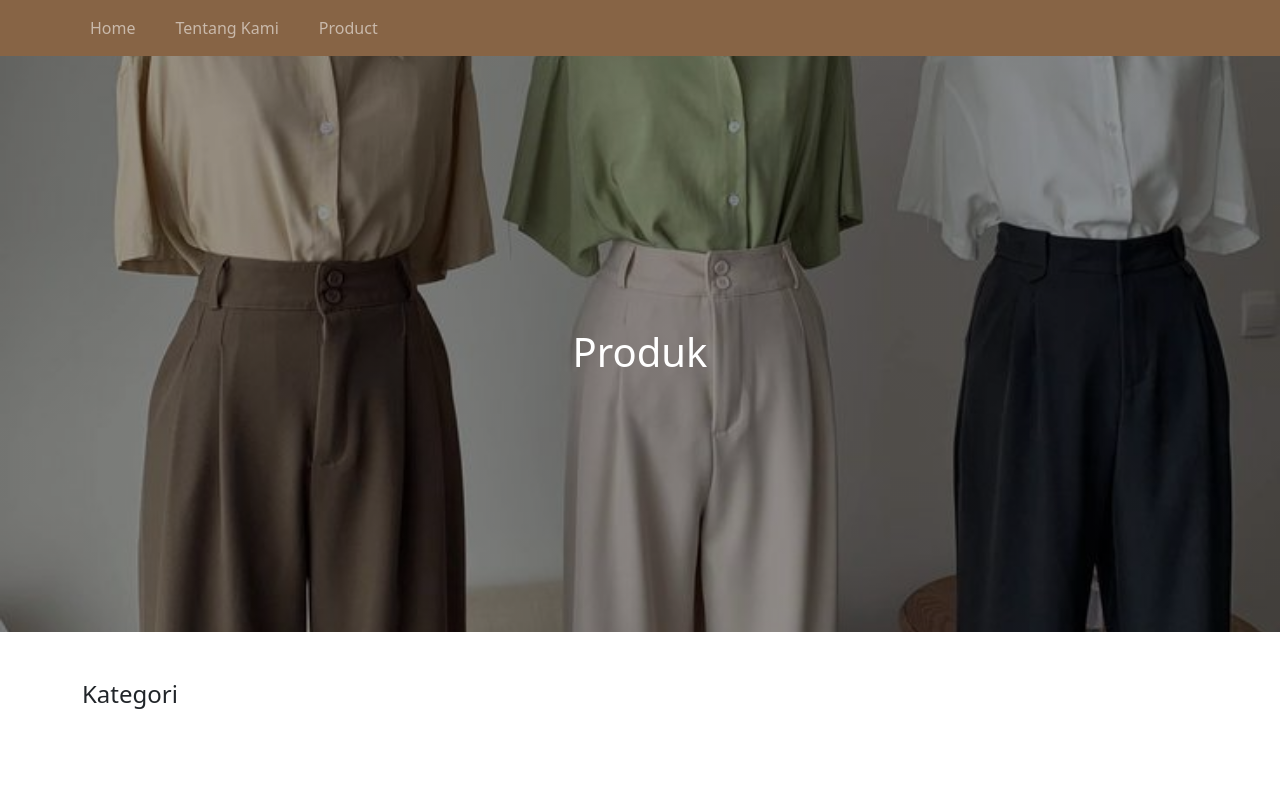
Repository: herman165/tugas_uas
Page: http://localhost/produk.php
The author's editor kept a copy of each file at every save. The page is drawn from the files as they stood at one save, then again after a run of saves.
The browser window is 1280 px wide. The pictures show the whole page.
The page is run by PHP 8.4 with error messages shown; the project is at /var/www/html/. Queries for data that is not in the repository find no rows.

Above is the page before, as saved 2024-12-11 03:26:35.

After the next 2 saves:
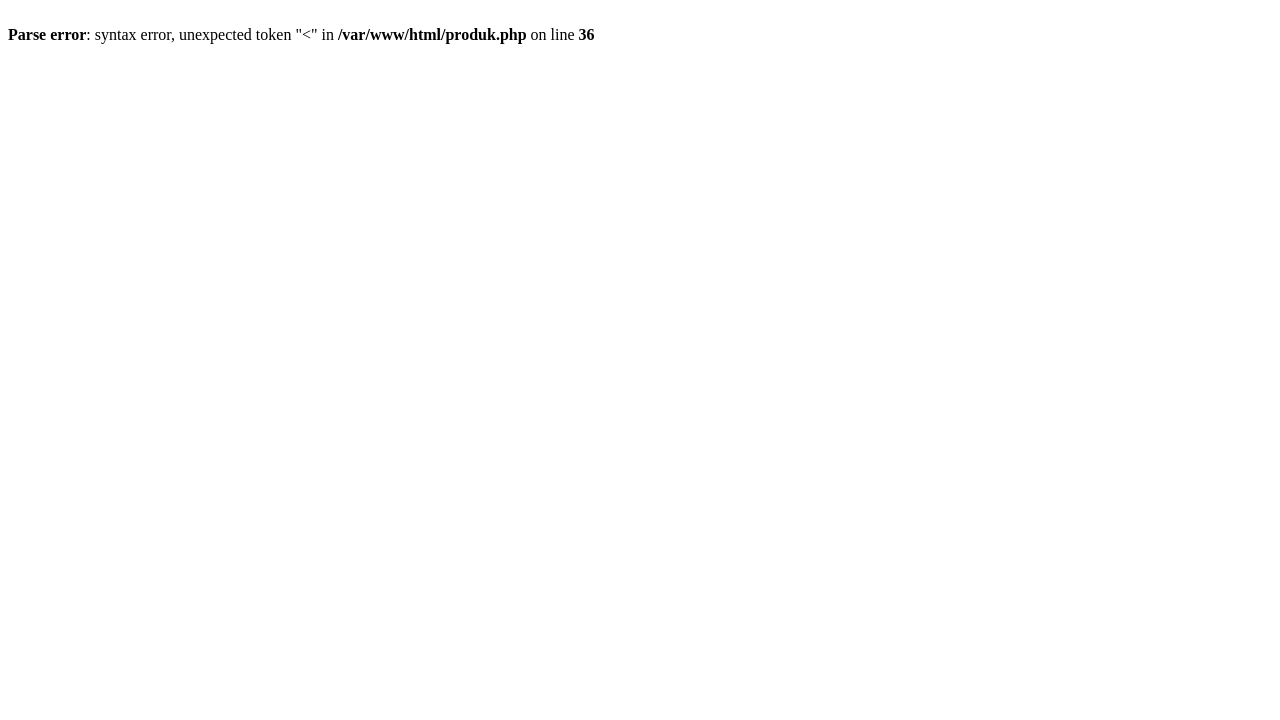
The 2 saves are shown as one change because they came seconds apart.
The last was saved 23 s later.
--- a/produk.php
+++ b/produk.php
@@ -33,7 +33,7 @@
                     <h4 class="mb-3">Kategori</h4>
                     <ul class="list-group">
                         <?php while($kategori = mysqli_fetch_array($queryKategori)){?>
-                        <li class="list-group-item"></li>
+                        <li class="list-group-item"><?php </li>
                         <?php } ?>
                     </ul>
                 </div>

After the save that followed:
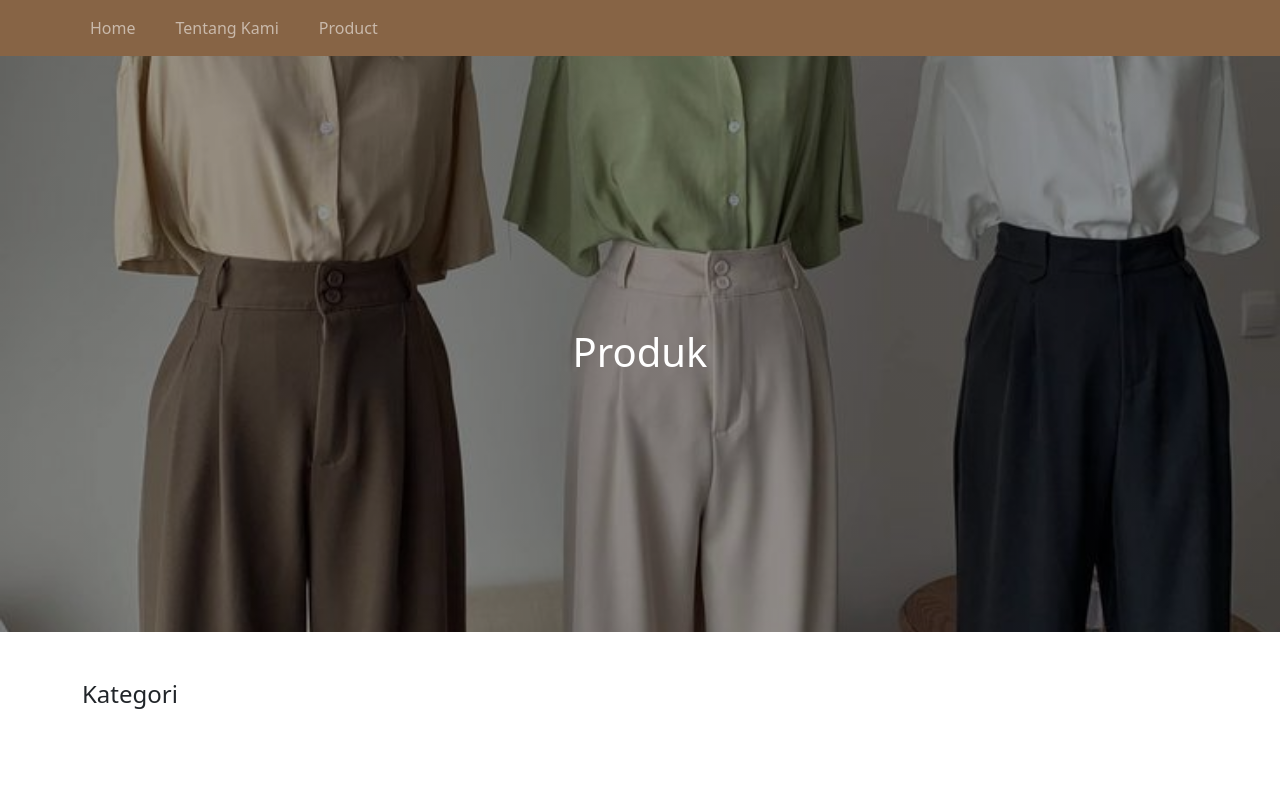
Saved 24 s later.
--- a/produk.php
+++ b/produk.php
@@ -33,7 +33,7 @@
                     <h4 class="mb-3">Kategori</h4>
                     <ul class="list-group">
                         <?php while($kategori = mysqli_fetch_array($queryKategori)){?>
-                        <li class="list-group-item"><?php </li>
+                        <li class="list-group-item"><?php echo $kategori["kategori"]; ?></li>
                         <?php } ?>
                     </ul>
                 </div>
